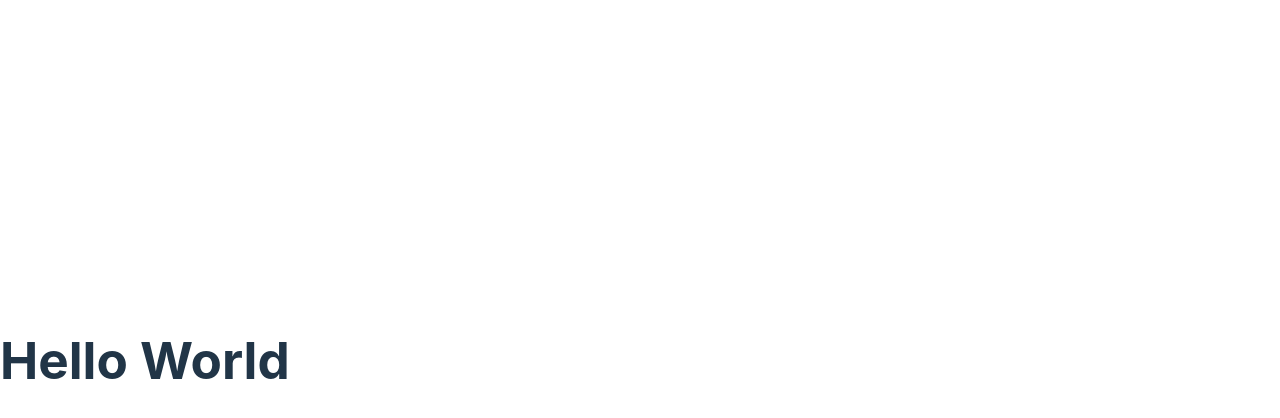
Repository: jongheonleee/react_tutorial_1
Page: /
The author's editor kept a copy of each file at every save. The page is drawn from the files as they stood at one save, then again after the next save.
The browser window is 1280 px wide. The pictures show the whole page.
The project was rebuilt for these pictures with package versions that can differ from the ones it lists, and the page was loaded fresh each time. Also part of the build but not shown: vite.config.ts.

Above is the page before, as saved 2023-07-19 12:27:28.

After the next save:
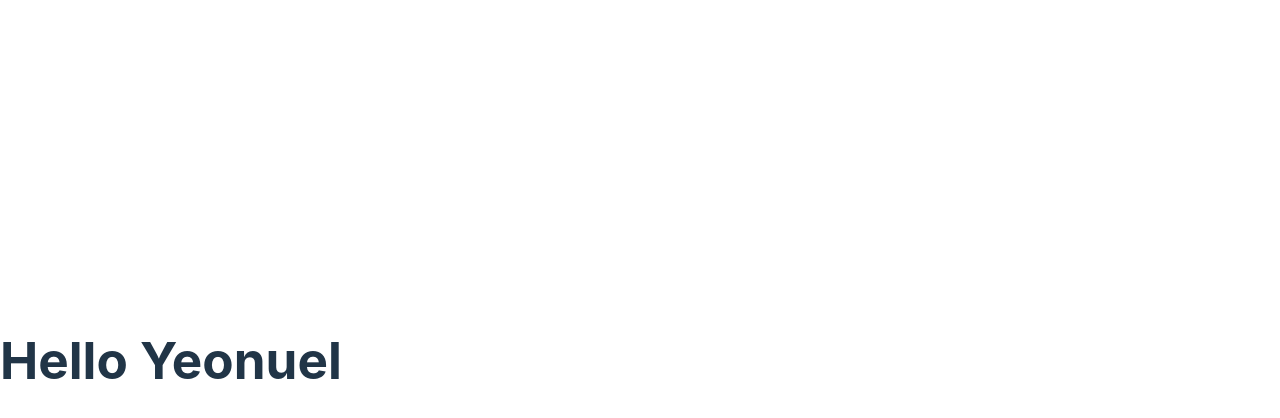
Saved 112 s later.
--- a/src/Message.tsx
+++ b/src/Message.tsx
@@ -1,6 +1,10 @@
 // PascalCasing
 function Message() {
     // JSX : JavaScript XML
+    const name = 'Yeonuel';
+    if (name)
+        return <h1>Hello {name}</h1>;
+
     return <h1>Hello World</h1>;
 }
 

After the save that followed:
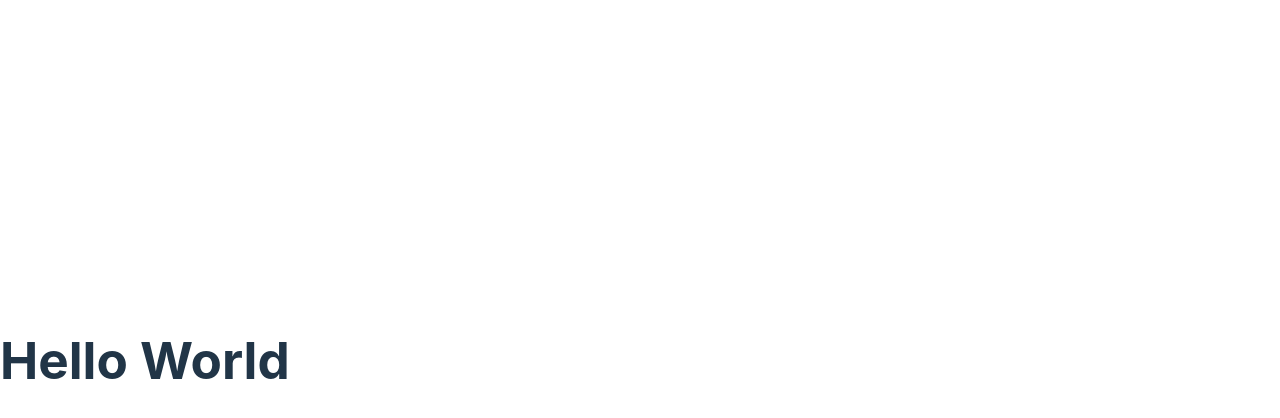
Saved 12 s later.
--- a/src/Message.tsx
+++ b/src/Message.tsx
@@ -1,7 +1,7 @@
 // PascalCasing
 function Message() {
     // JSX : JavaScript XML
-    const name = 'Yeonuel';
+    // const name = 'Yeonuel';
     if (name)
         return <h1>Hello {name}</h1>;
 
